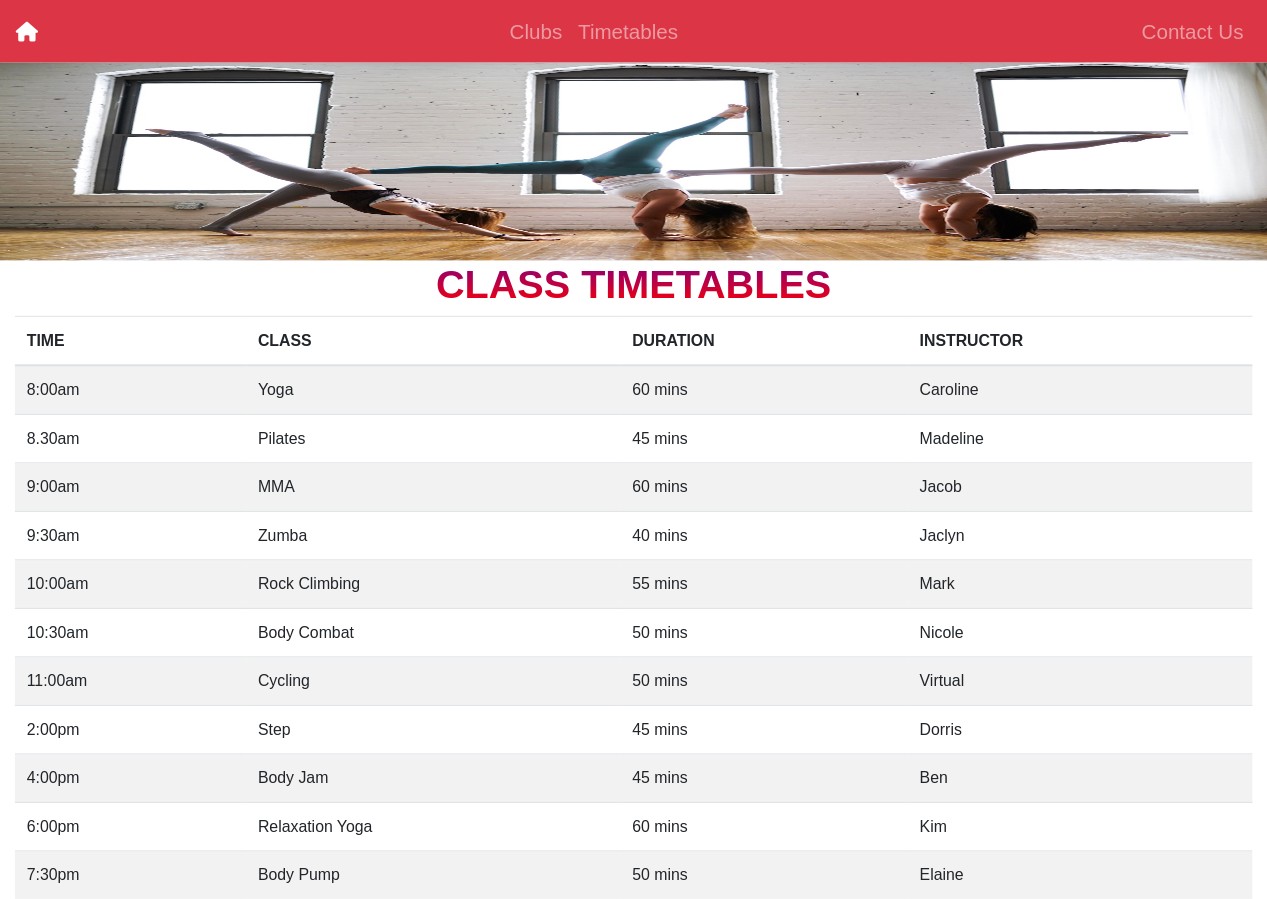
Repository: KJY93/User_Centric_Frontend_Development_Project
Page: timetables.html
The author's editor kept a record of every edit. The page is drawn from the files as they stood at one moment, then again after the next edit.
The browser window is 1280 px wide. The pictures show the whole page, at 99% of full size.
Some web fonts or font styles are not loaded; a fallback is used. Some web libraries are served in a nearby version.

Above is the page before.

### timetables.html
<!DOCTYPE html>
<html lang="en-US">
	<head>
	    <meta charset="UTF-8">
	    <meta name="viewport" content="width=device-width, initial-scale=1.0">
	    <meta http-equiv="X-UA-Compatible" content="ie=edge">
	    <title>Shape Shifters | Our Clubs</title>

		<!-- Google Fonts -->
	    <link href="https://fonts.googleapis.com/css?family=Cute+Font&display=swap" rel="stylesheet">

	    <!-- Logo -->
	    <link rel="icon" href="static/fitness-logo.ico">

	    <!-- Bootstrap CSS -->
	    <link rel="stylesheet" href="https://stackpath.bootstrapcdn.com/bootstrap/4.3.1/css/bootstrap.min.css" integrity="sha384-ggOyR0iXCbMQv3Xipma34MD+dH/1fQ784/j6cY/iJTQUOhcWr7x9JvoRxT2MZw1T" crossorigin="anonymous">

	    <!-- External CSS StyleSheet -->
		<link rel="stylesheet" type="text/css" href="static/styles.css">

		<!-- Bootstrap JS -->
	    <script src="https://code.jquery.com/jquery-3.3.1.slim.min.js" integrity="sha384-q8i/X+965DzO0rT7abK41JStQIAqVgRVzpbzo5smXKp4YfRvH+8abtTE1Pi6jizo" crossorigin="anonymous"></script>
	    <script src="https://cdnjs.cloudflare.com/ajax/libs/popper.js/1.14.7/umd/popper.min.js" integrity="sha384-UO2eT0CpHqdSJQ6hJty5KVphtPhzWj9WO1clHTMGa3JDZwrnQq4sF86dIHNDz0W1" crossorigin="anonymous"></script>
	    <script src="https://stackpath.bootstrapcdn.com/bootstrap/4.3.1/js/bootstrap.min.js" integrity="sha384-JjSmVgyd0p3pXB1rRibZUAYoIIy6OrQ6VrjIEaFf/nJGzIxFDsf4x0xIM+B07jRM" crossorigin="anonymous"></script>

	    <!-- Font Awesome -->
	    <script src="https://kit.fontawesome.com/3df94da5fe.js"></script>
	</head>

	<body>
	    <main>
	        <!-- Navbar -->
			<nav class="navbar navbar-expand-md navbar-dark bg-danger">
			  	<a class="navbar-brand" href="#"><i class="fas fa-home"></i></a>
			  	<button class="navbar-toggler" type="button" data-toggle="collapse" data-target="#navbarNav">
			    <span class="navbar-toggler-icon"></span>
			  	</button>
			  	<div class="collapse navbar-collapse" id="navbarNav">
			    	<ul class="navbar-nav ml-auto">
			      		<li class="nav-item">
			        		<a class="nav-link" href="#">Clubs</a>
			      		</li>
			      		<li class="nav-item">
			        		<a class="nav-link" href="#">Timetables</a>
			      		</li>
			    	</ul>

			    	<ul class="navbar-nav ml-auto">
			      		<li class="nav-item">
			        		<a class="nav-link" href="#">Contact Us</a>
			      		</li>
			    	</ul>
			  	</div>
			</nav>

			<!-- Timetables background -->
			<div id="timetables-header-background"></div>

			<!-- Class Timetables Header-->
			<div>
				<h1 class="club-header"><strong>CLASS TIMETABLES</strong></h1>
			</div>

			<!-- Timetables -->
			<div class="container-fluid">
                <table class="table table-striped">
                    <thead>
                        <tr>
                            <th scope="col">TIME</th>
                            <th scope="col">CLASS</th>
                            <th scope="col">DURATION</th>
                            <th scope="col">INSTRUCTOR</th>
                        </tr>
                    </thead>
                    <tbody>
                        <tr>
                            <td>8:00am</td>
                            <td>Yoga</td>
                            <td>60 mins</td>
                            <td>Caroline</td>
                        </tr>
                        <tr>
                            <td>8.30am</td>
                            <td>Pilates</td>
                            <td>45 mins</td>
                            <td>Madeline</td>
                        </tr>
                        <tr>
                            <td>9:00am</td>
                            <td>MMA</td>
                            <td>60 mins</td>
                            <td>Jacob</td>
                        </tr>
                        <tr>
                            <td>9:30am</td>
                            <td>Zumba</td>
                            <td>40 mins</td>
                            <td>Jaclyn</td>
                        </tr>
                        <tr>
                            <td>10:00am</td>
                            <td>Rock Climbing</td>
                            <td>55 mins</td>
                            <td>Mark</td>
                        </tr>
                        <tr>
                            <td>10:30am</td>
                            <td>Body Combat</td>
                            <td>50 mins</td>
                            <td>Nicole</td>
                        </tr>
                        <tr>
                            <td>11:00am</td>
                            <td>Cycling</td>
                            <td>50 mins</td>
                            <td>Virtual</td>
                        </tr>
                        <tr>
                            <td>2:00pm</td>
                            <td>Step</td>
                            <td>45 mins</td>
                            <td>Dorris</td>
                        </tr>
                        <tr>
                            <td>4:00pm</td>
                            <td>Body Jam</td>
                            <td>45 mins</td>
                            <td>Ben</td>
                        </tr>
                        <tr>
                            <td>6:00pm</td>
                            <td>Relaxation Yoga</td>
                            <td>60 mins</td>
                            <td>Kim</td>
                        </tr>
                        <tr>
                            <td>7:30pm</td>
                            <td>Body Pump</td>
                            <td>50 mins</td>
                            <td>Elaine</td>
                        </tr>
                    </tbody>
                </table>
            </div>

	    </main>
	</body>
</html>

### static/styles.css
body, html {
	height: 100%;
}

body {
	font-family: 'Cute Font', cursive, sans-serif;
}

input[type="email"] {
  background: transparent;
  border: none;
  border-bottom: 1px solid #a9a9a9;
  box-shadow: none;
  border-radius: 0;
}

.iframe-video-size {
	width: 300px;
	height: 320px;
}

.social-media-logo {
	margin-right: 5px;
}

.separator {
	margin-bottom: 10px;
	height: 2px;
	width: 30px;
	background: rgb(255, 0, 0);
	z-index: 1;
}

.row {
	margin-left: 0;
	margin-right: 0;
}

#advert > h1 {
	color: #ffffff;
}

#signup-link {
	color: #ffffff;
}

input[type="email"] {
 	font-size: 1em;
}

.col-sm-12, .col-md-6, .nav-link, #signup-link {
	font-size: 1.3em;
}

.link-deco:link {
	text-decoration: none;
}

.link-deco:hover {
	font-size:120%;
}

.link-font-color, button > .link-deco:hover {
	color: #ffffff;
}

.box2, .box3 {
	background: rgba(255,117,117,0.1);
}

.button-container, p, .challenge-container, #signup-container, .box3, .box2 {
	text-align: center;
}

#divider {
	width: 100%;
	border: 1px solid black;
}

footer {
	padding-top: 35px;
	padding-bottom: 35px;
	background: rgba(0, 0, 0);
	color: #ffffff;
}

.box1 {
	background:url('../static/background-mobile.jpg');
	background-repeat: no-repeat;
	background-size: 100% 100%;
	height: 400px;
	display: flex;
	align-items: center;
	justify-content: center;
}

/*https://codepen.io/adamjohnson/pen/aokGt*/
/* Skew button design adapted from the above codepen project*/
.submit-btn {
	color: #fff;
	background: #ff0000;
	font-weight: 700;
	text-align: center;
	text-decoration: none;
	border: 0;
	outline: 0;
	font-size: 1.2rem;
	padding: 12px 35px;
	display: inline-block;
	transform: skew(-21deg);
	border-radius: 0;
}

.input-field-container {
	display: flex;
	flex-direction: row;
}

.submit-btn:hover {
	background: #0069a8;
}

span {
	display: inline-block; /* change to inline-block so that the text can be un-skewed*/
}

.submit-btn > span {
	-webkit-transform: skew(21deg);  /* Un-skew the text */
}

.btn-group {
	padding-left: 15px;
}

.flag-logo {
	padding-right: 10px;
}

#club-header-background {
	background:url('../static/bodycombat.jpg');
	background-repeat: no-repeat;
	background-size: 100% 100%;
	height: 200px;
}

.club-header {
	text-align: center;
	background: linear-gradient(to top, #ff0000 , #800080);
	-webkit-background-clip: text;
	-webkit-text-fill-color: transparent;
	font-size: 2.5em;
}

.location {
	display: flex;
	flex-direction: column;
	justify-content: center;
	align-items: center;
	color: #ffffff;
	margin-bottom: 20px;
}

.location:link {
	text-decoration: none;
}

.location:hover {
	opacity: 0.8;
}

.location:hover .location-name, .location:hover .club-info {
	background: linear-gradient(to top, #ff0000 , #ff9800);
	-webkit-background-clip: text;
	-webkit-text-fill-color: transparent;
}

.location-name {
	font-size: 2.3em;
}

.club-info {
	font-size: 1.2em;
	border: 1px solid #ffffff;
	padding-left: 20px;
	padding-right: 20px;
	border-radius: 20px;
}

#location-image-1 {
	background:url('../static/paragon.jpg');
    background-size: 100% 100%;
    background-repeat: no-repeat;
    background-position: center;
	border-radius: 10px;
	height: 250px;
}

#location-image-2 {
	background:url('../static/clarke-quay.jpg');
    background-size: 100% 100%;
    background-repeat: no-repeat;
    background-position: center;
	border-radius: 10px;
	height: 250px;
}

#location-image-3 {
	background:url('../static/tanjongpagar.jpg');
    background-size: 100% 100%;
    background-repeat: no-repeat;
    background-position: center;
	border-radius: 10px;
	height: 250px;
}

#location-image-4 {
	background:url('../static/vivocity.jpg');
    background-size: 100% 100%;
    background-repeat: no-repeat;
    background-position: center;
	border-radius: 10px;
	height: 250px;
}

#location-image-5 {
	background:url('../static/rafflesplace.jpg');
    background-size: 100% 100%;
    background-repeat: no-repeat;
    background-position: center;
	border-radius: 10px;
	height: 250px;
}

#location-image-6 {
	background:url('../static/rafflesmall.jpg');
    background-size: 100% 100%;
    background-repeat: no-repeat;
    background-position: center;
	border-radius: 10px;
	height: 250px;
}

#timetables-header-background {
	background:url('../static/groupyoga.jpg');
	background-repeat: no-repeat;
	background-size: 100% 100%;
	height: 200px;
}

/* for extra small device */
@media (max-width: 400px) {
	.iframe-video-size {
	width: 260px;
	height: 320px;
	}

	#club-header-background {
		height: 160px;
	}

	.club-header {
		font-size: 2.0em;
	}

	.location-name {
		font-size: 2.0em;
	}

	.club-info {
		font-size: 1.0em;
	}
}

/* for medium screen device */
@media (min-width: 768px) and (max-width: 991.98px) {
	.box1 {
		background:url('../static/background.jpg');
		background-repeat: no-repeat;
		height: 550px;
		background-size: 100% 100%;
	}

	.box2 {
		text-align: center;
	}

	.btn-group {
		padding-left: 0;
	}

	.iframe-video-size {
		width: 340px;
		height: 320px;
	}

}

/* for large screen device */
@media (min-width: 992px) {
	.box1 {
		background:url('../static/background.jpg');
		background-repeat: no-repeat;
		height: 600px;
		background-size: 100% 100%;
	}

	.btn-group {
		padding-left: 0;
	}

	.submit-btn {
		padding: 3px 35px;
	}

	.iframe-video-size {
		width: 470px;
		height: 320px;
	}

	#club-header-background {
		height: 376px;
	}

}

After the next edit:
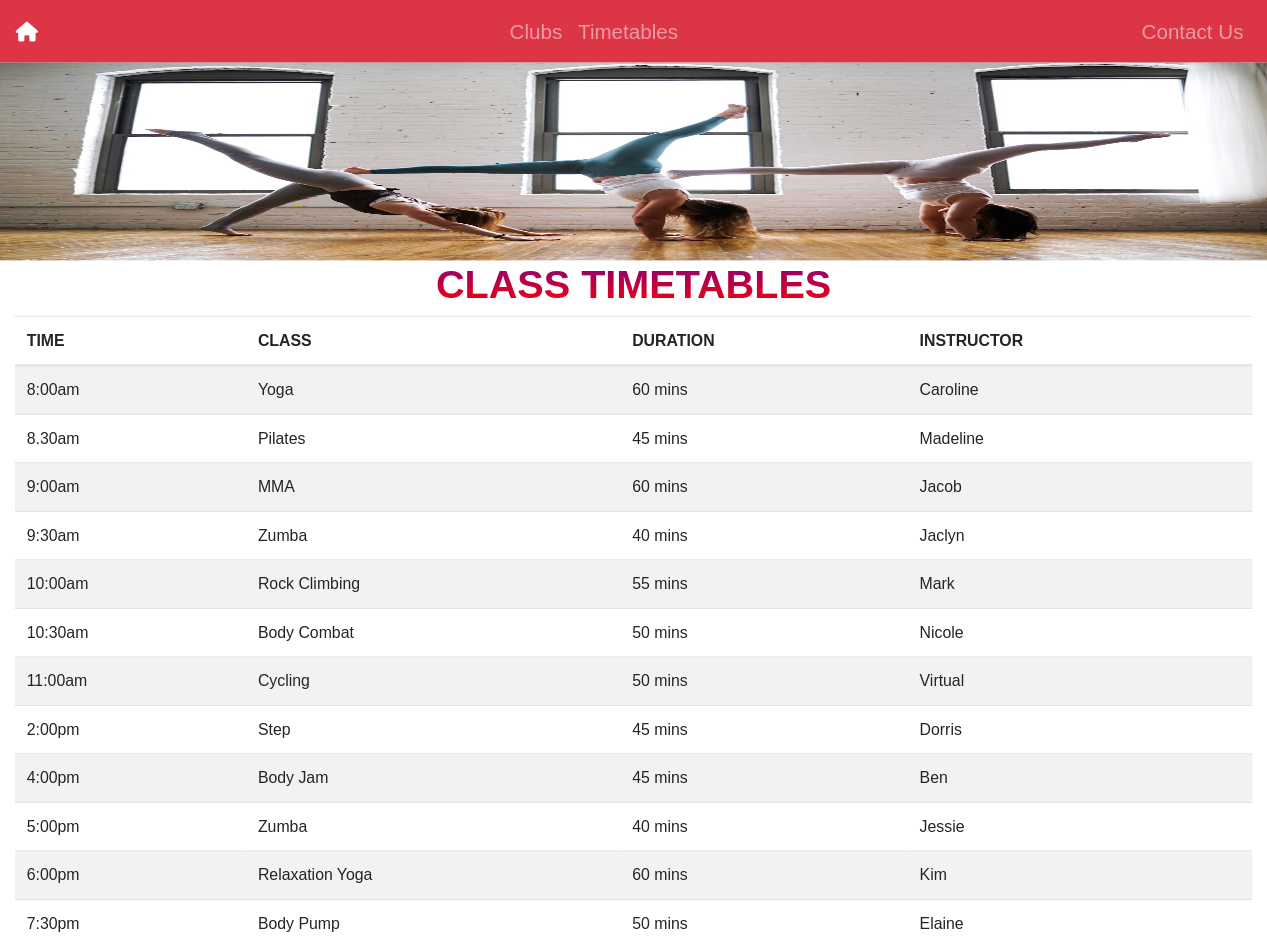
The edit:
--- a/timetables.html
+++ b/timetables.html
@@ -128,6 +128,12 @@
                             <td>Ben</td>
                         </tr>
                         <tr>
+                            <td>5:00pm</td>
+                            <td>Zumba</td>
+                            <td>40 mins</td>
+                            <td>Jessie</td>
+                        </tr>
+                        <tr>
                             <td>6:00pm</td>
                             <td>Relaxation Yoga</td>
                             <td>60 mins</td>
